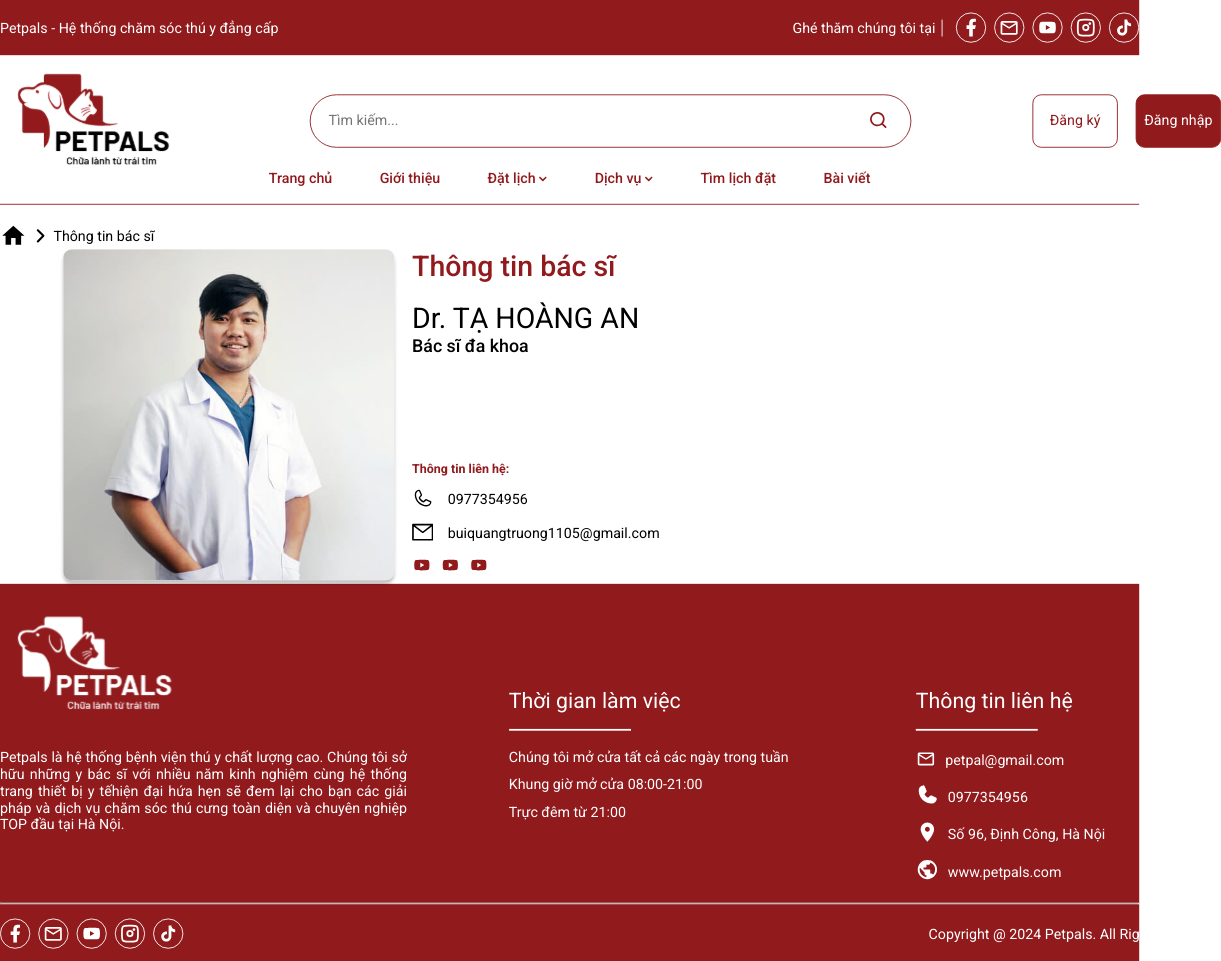
Repository: ahntrung1909/Petpals
Page: /chi-tiet-bac-si (app in petpals-user-main/)
These files come from the project's save history. The page is drawn as it stood at one moment and after the next save; the edit follows.
The browser window is 1280 px wide. The page is 1372 px wide, so the pictures cover 1372 px, including what lies to the right of the window. The pictures show the whole page, at 89% of full size.
The project was rebuilt for these pictures with package versions that can differ from the ones it lists, and the page was loaded fresh each time. The framework's server and built-in components were replaced by stand-ins that run in the browser. Also part of the build but not shown: petpals-user-main/next.config.js, petpals-user-main/next.config.mjs.

Above is the page before, as saved 2024-04-14 13:15:22.

### petpals-user-main/src/app/layout.js
import { Footer } from "@/components/Footer/Footer";
import "./global.scss";
import { Header } from "@/components/Header/Header";
import { ToastContainer } from "react-toastify";
import "react-toastify/dist/ReactToastify.css";
import { Button, ConfigProvider, Space } from "antd";

export const metadata = {
  title: "Petpals - Chữa lành từ trái tim",
  description: "Petpals",
};

export default function RootLayout({ children }) {
  return (
    <html lang="en">
      <body>
        <Header />
        <ToastContainer />
        <ConfigProvider
          theme={{
            token: {
              colorPrimary: "#911A1D",
              fontFamily: "Roboto",
            },
            components: {
              DatePicker: {
                inputFontSize: 16,
              },
              Menu: {
                itemBg: "transparent",
                subMenuItemBg: "transparent",
                activeBarBorderWidth: 0,
                itemSelectedBg: "rgba(145, 26, 29, 0.05)",
                itemBorderRadius: 0,
              },
            },
          }}
        >
          {children}
        </ConfigProvider>
        <Footer />
      </body>
    </html>
  );
}

### petpals-user-main/src/app/chi-tiet-bac-si/page.js
import React from "react";
import "./style.scss";

export default function page() {
  return (
    <main>
      <div className="breadcrumb">
        <img src="/icon/ic_baseline-home.svg" alt="" />
        <img src="/icon/iconamoon_arrow-right-2.svg" alt="" />
        <p>Thông tin bác sĩ</p>
      </div>
      <section className="doctor-information-section">
        <div className="information-wrapper">
          <div className="doctor-img">
            <img src="/img/doctor/hoang_an.jpg" alt="" />
          </div>
          <div className="col-right">
            <div className="information">
              <h3>Thông tin bác sĩ</h3>
              <p className="doctor-name">Dr. TẠ HOÀNG AN</p>
              <p className="doctor-position">Bác sĩ đa khoa</p>
            </div>
            <div className="contact-info">
              <h4>Thông tin liên hệ:</h4>
              <div className="contact-item">
                <img src="/icon/ph_phone.svg" alt="" />
                <p>0977354956</p>
              </div>
              <div className="contact-item">
                <img src="/icon/MailOutlined.svg" alt="" />
                <p>buiquangtruong1105@gmail.com</p>
              </div>
              <div className="social-media">
                <div className="social-media-icon">
                  <img src="/icon/mdi_youtube-brown.svg" alt="" />
                </div>
                <div className="social-media-icon">
                  <img src="/icon/mdi_youtube-brown.svg" alt="" />
                </div>
                <div className="social-media-icon">
                  <img src="/icon/mdi_youtube-brown.svg" alt="" />
                </div>
              </div>
            </div>
          </div>
        </div>
      </section>
    </main>
  );
}

### petpals-user-main/src/components/Footer/Footer.js
import { Socialicon } from "../Socialicon/Socialicon";
import "./style.scss";
export const Footer = () => {
  return (
    <footer>
      <div className="row row-1">
        <div className="logo">
          <img src="/img/logo_am_ban.svg" alt="" />
        </div>
        <div className="working-time">Thời gian làm việc</div>
        <div className=" contact-info">Thông tin liên hệ</div>
      </div>
      <div className="row">
        <div className="about">
          Petpals là hệ thống bệnh viện thú y chất lượng cao. Chúng tôi sở hữu
          những y bác sĩ với nhiều năm kinh nghiệm cùng hệ thống trang thiết bị
          y tếhiện đại hứa hẹn sẽ đem lại cho bạn các giải pháp và dịch vụ chăm
          sóc thú cưng toàn diện và chuyên nghiệp TOP đầu tại Hà Nội.
        </div>
        <ul className="working-time-more">
          <li>Chúng tôi mở cửa tất cả các ngày trong tuần</li>
          <li>Khung giờ mở cửa 08:00-21:00</li>
          <li>Trực đêm từ 21:00</li>
        </ul>
        <ul className="contact-info-more">
          <li className="contact-item">
            <span>
              <img src="/icon/material-symbols_mail-outline.svg" alt="" />
            </span>
            petpal@gmail.com
          </li>
          <li className="contact-item">
            <span>
              <img src="/icon/ph_phone-fill.svg" alt="" />
            </span>
            0977354956
          </li>
          <li className="contact-item">
            <span>
              <img src="/icon/mdi_location.svg" alt="" />
            </span>
            Số 96, Định Công, Hà Nội
          </li>
          <li className="contact-item">
            <span>
              <img src="/icon/mdi_earth.svg" alt="" />
            </span>
            www.petpals.com
          </li>
        </ul>
      </div>
      <hr />
      <div className="footer-bottom">
        <Socialicon />
        <div>Copyright @ 2024 Petpals. All Rights Reverved</div>
      </div>
    </footer>
  );
};

### petpals-user-main/src/app/global.scss
@import url("https://fonts.googleapis.com/css2?family=Roboto:ital,wght@0,100;0,300;0,400;0,500;0,700;0,900;1,100;1,300;1,400;1,500;1,700;1,900&display=swap");
@import "../style/variable";
* {
  padding: 0;
  margin: 0;
  box-sizing: border-box;
}
body {
  font-family: "Roboto", sans-serif;
  font-size: 16px;
}
a {
  text-decoration: none;
  color: black;
}
ul,
li {
  list-style: none;
}
input,
textarea {
  width: 100%;
  border: none;
  outline: none;
  font-family: "Roboto", sans-serif;
  font-size: 16px;
}
img {
  width: 100%;
}
button {
  font-family: "Roboto", sans-serif;
  font-size: 16px;
}
label {
  font-family: "Roboto", sans-serif;
  font-size: 16px;
}

// custom scroll bar
::-webkit-scrollbar-track {
  background-color: #f5f5f5;
}

::-webkit-scrollbar {
  width: 6px;
  height: 6px;
  background-color: #f5f5f5;
}

::-webkit-scrollbar-thumb {
  background-image: linear-gradient($BROWN_500, $RED_500);
  // border-radius: 10px;
}
::-webkit-scrollbar-thumb:horizontal {
  background-image: linear-gradient(to right, $BROWN_500, $RED_500);
  // border-radius: 10px;
}

### petpals-user-main/src/app/chi-tiet-bac-si/style.scss
@import "../../style/variable";
@import "../../style/base";

.doctor-information-section {
  width: 1138px;
  margin: 0 auto;
}
.information-wrapper {
  display: flex;
  gap: 20px;
  .doctor-img {
    img {
      width: 372px;
      height: 372px;
      border-radius: 10px;
      object-fit: cover;
      box-shadow: 0 4px 4px rgba(0, 0, 0, 0.25);
    }
  }
  .col-right {
    height: 372px;
    display: flex;
    flex-direction: column;
    justify-content: space-between;
    .information {
      h3 {
        color: $BROWN_500;
        font-size: 32px;
        font-weight: 500;
        margin-bottom: 20px;
      }
      .doctor-name {
        font-size: 32px;
        font-weight: 400;
      }
      .doctor-position {
        font-size: 20px;
        font-weight: 500;
      }
    }
    .contact-info {
      display: flex;
      flex-direction: column;
      gap: 14px;
      padding-bottom: 0;
      h4 {
        font-size: 14px;
        color: $BROWN_500;
      }
      .contact-item {
        img {
          width: 24px;
          height: 24px;
          margin-right: 6px;
        }
        p {
          font-size: 16px;
        }
      }
      .social-media {
        display: flex;
        gap: 10px;
        .social-media-icon {
          img {
            width: 22px;
            height: 22px;
          }
        }
      }
    }
  }
}

### petpals-user-main/src/components/Socialicon/Socialicon.js
import "./style.scss";
export const Socialicon = () => {
  return (
    <div className="list-social-icon">
      <div className="icon-item">
        <img src="/icon/ri_facebook-fill.svg" alt="icon-facebook" />
      </div>
      <div className="icon-item">
        <img src="/icon/material-symbols_mail-outline.svg" alt="icon-mail" />
      </div>
      <div className="icon-item">
        <img src="/icon/mdi_youtube.svg" alt="icon-youtube" />
      </div>
      <div className="icon-item">
        <img src="/icon/lets-icons_insta.svg" alt="icon-insta" />
      </div>
      <div className="icon-item">
        <img src="/icon/ic_baseline-tiktok.svg" alt="icon-tiktok" />
      </div>
    </div>
  );
};

### petpals-user-main/src/components/Footer/style.scss
@import "../../style/variable";
footer {
  display: block;
  width: 100vw;
  height: 424px;
  background-color: $BROWN_500;
  padding: 20px 0;
}
.row {
  width: 1372px;
  margin: 0 auto;
  display: grid;
  grid-template-columns: repeat(12, 1fr);
  row-gap: 20px;
  color: white;
  margin-bottom: 20px;
}
.row-1 {
  align-items: flex-end;
}
.logo {
  width: 214px;
  grid-column: 1/5;
}
.working-time {
  grid-column: 6/10;
  position: relative;
  font-size: 24px;
  padding-bottom: 20px;
  &::after {
    content: "";
    width: 137px;
    height: 2px;
    background-color: white;
    position: absolute;
    left: 0;
    bottom: 0;
  }
}
.contact-info {
  position: relative;
  grid-column: 10/13;
  font-size: 24px;
  padding-bottom: 20px;
  &::after {
    content: "";
    width: 137px;
    height: 2px;
    background-color: white;
    position: absolute;
    left: 0;
    bottom: 0;
  }
}
.about {
  grid-column: 1/5;
  text-align: justify;
}
.working-time-more {
  grid-column: 6/10;
  display: flex;
  flex-direction: column;
  gap: 12px;
}
.contact-info-more {
  grid-column: 10/13;
  display: flex;
  flex-direction: column;
  gap: 12px;
}
.contact-item {
  display: flex;
  gap: 10px;
  align-items: center;
}
.footer-bottom {
  width: 1372px;
  margin: 0 auto;
  margin-top: 16px;
  color: white;
  display: flex;
  align-items: center;
  justify-content: space-between;
}

### petpals-user-main/src/style/_variable.scss
$BROWN_50: rgb(244, 232, 232);
$BROWN_100: rgb(221, 184, 185);
$BROWN_200: rgb(204, 150, 151);
$BROWN_300: rgb(181, 102, 104);
$BROWN_400: rgb(167, 72, 74);
$BROWN_500: rgb(145, 26, 29);
$BROWN_600: rgb(132, 24, 26);
$BROWN_700: rgb(103, 18, 21);
$BROWN_800: rgb(80, 14, 16);
$BROWN_900: rgb(61, 11, 12);
$RED_50: rgb(255, 247, 247);
$RED_100: rgb(255, 230, 231);
$RED_200: rgb(255, 217, 219);
$RED_300: rgb(255, 200, 202);
$RED_400: rgb(255, 189, 192);
$RED_500: rgb(255, 173, 176);
$RED_600: rgb(232, 157, 160);
$RED_700: rgb(181, 123, 125);
$RED_800: rgb(140, 95, 97);
$RED_900: rgb(107, 73, 74);
$BROWN_DARK_50: rgb(236, 233, 233);
$BROWN_DARK_100: rgb(195, 186, 186);
$BROWN_DARK_200: rgb(165, 152, 152);
$BROWN_DARK_300: rgb(124, 105, 106);
$BROWN_DARK_400: rgb(99, 76, 77);
$BROWN_DARK_500: rgb(60, 31, 32);
$BROWN_DARK_600: rgb(55, 28, 29);
$BROWN_DARK_700: rgb(43, 22, 23);
$BROWN_DARK_800: rgb(33, 17, 18);
$BROWN_DARK_900: rgba(25, 13, 13, 0.2);

### petpals-user-main/src/components/Header/style.scss
@import "../../style/_variable";

header {
  height: 230px;
  border-bottom: 1px solid $BROWN_500;
}
div:has(.wrap):nth-child(1) {
  background-color: $BROWN_500;
  height: 62px;
  display: flex;
  align-items: center;
}
.wrap {
  width: 1372px;
  margin: 0 auto;
}
.top-header {
  display: flex;
  justify-content: space-between;
  align-items: center;
  color: white;
}
.social-connect {
  display: flex;
  align-items: center;
  gap: 15px;
}
.social-connect > p {
  padding: 0px 7px;
  border-right: 1px solid white;
}
div:has(.wrap):nth-child(2) {
  padding-top: 18px;
}
.main-header {
  display: flex;
  align-items: center;
  justify-content: space-between;
}
.petpals-logo {
  display: block;
  width: 211px;
  height: 111px;
}
.header-main-right {
  display: flex;
  width: 1024px;
  justify-content: space-between;
  align-items: center;
}
.search-input {
  display: flex;
  position: relative;

  input {
    width: 676px;
    height: 60px;
    padding: 0px 60px 0px 20px;
    border: 1px solid $BROWN_500;
    border-radius: 99px;
    display: flex;
    justify-content: center;
    align-items: center;
  }
  .icon-item {
    right: 20px;
    top: 50%;
    transform: translateY(-50%);
    position: absolute;
    cursor: pointer;
  }
}
.btn-group {
  display: flex;
  gap: 20px;
  text-align: center;
  .btn {
    display: flex;
    justify-content: center;
    align-items: center;
    width: 96px;
    height: 60px;
    border: 1px solid $BROWN_500;
    border-radius: 10px;
    color: $BROWN_500;
  }
  .btn:nth-child(1):hover {
    background-color: $BROWN_500;
    color: white;
  }
  .btn:nth-child(2) {
    color: white;
    background-color: $BROWN_500;
    &:hover {
      background-color: $BROWN_300;
    }
  }
}
.nav {
  display: flex;
  align-items: center;
  justify-content: space-between;
  width: 676px;
  margin: 0 auto;
  color: $BROWN_500;
  font-weight: 500;
  z-index: 99;

  &-item {
    display: flex;
    position: relative;
    align-items: center;
    cursor: pointer;
    padding-bottom: 8px;
    &.active > span,
    &.active > a {
      font-weight: 900;
    }
    &:hover .sub-nav:not(.nav-2) {
      display: flex;
    }
    span {
      display: flex;
      justify-content: center;
      align-items: center;
      color: $BROWN_500;
    }
    a {
      display: flex;
      justify-content: center;
      align-items: center;
      color: $BROWN_500;
      width: 100%;
      height: 100%;
    }
    &:hover > a {
      color: $RED_500;
    }
    &:hover > span {
      color: $RED_500;
    }
  }
}
.sub-nav {
  position: absolute;
  z-index: 99;
  top: 100%;
  left: 0;
  border-radius: 10px;
  box-shadow: 0 15px 15px 15px rgba(0, 0, 0, 0.05);
  box-shadow: 0 15px 15px rgba(0, 0, 0, 0.1);
  border: 0.5px solid rgba(0, 0, 0, 0.15);
  background-color: white;
  padding: 8px;
  display: none;
  flex-direction: column;
  gap: 8px;
  &.nav-2 {
    position: absolute;
    top: 0;
    left: 100%;
    transform: translate(8px, -8px);
    display: none;
  }
  &-item {
    position: relative;
    display: flex;
    align-items: center;
    justify-content: space-between;
    &::after {
      content: "";
      width: 8px;
      height: 100%;
      position: absolute;
      top: 0;
      right: -8px;
    }
    &:hover {
      background-color: rgba(0, 0, 0, 0.05);
    }
    &:hover .sub-nav.nav-2 {
      display: flex;
    }
    a {
      width: 100%;
      height: 100%;
      display: flex;
      justify-content: left;
      padding: 12px 16px;
    }
    span {
      padding: 12px 16px;
    }
    &-active > span,
    &-active > a {
      font-weight: 600;
    }
  }
}
.user-login-controller {
  display: flex;
  align-items: center;
  gap: 8px;
  cursor: pointer;
  position: relative;

  &:hover .sub-nav {
    display: flex;
    left: inherit;
    right: 0;
  }
  .user-img {
    width: 56px;
    height: 56px;
    img {
      border-radius: 50%;
    }
  }
}
.icon-bell {
  width: 30px;
  height: 30px;
  position: relative;
  .number-bell {
    position: absolute;
    top: 0;
    right: 0;
    transform: translate(36%, -30%);
    width: 20px;
    height: 20px;
    font-size: 12px;
    font-weight: 500;
    color: white;
    display: flex;
    justify-content: center;
    align-items: center;
    background-color: $RED_500;
    border-radius: 50%;
  }
  .menu-bell {
    display: none;
    position: absolute;
    right: 0;
    bottom: -20px;
    transform: translateY(100%);
    background-color: white;
    width: 554px;
    height: 468px;
    padding: 20px;
    border-radius: 10px;
    z-index: 99;
    box-shadow: 0 0 8px 4px rgba(0, 0, 0, 0.2);
    &.menu-bell-active {
      display: block;
    }
    ::after {
      content: "";
      width: 20px;
      height: 20px;
      background-color: white;
      position: absolute;
      right: 14px;
      top: 0;
      transform: translate(0, -50%);
      rotate: 45deg;
    }
    h3 {
      text-transform: uppercase;
      color: $BROWN_500;
      font-size: 22px;
      margin-bottom: 10px;
    }
    .menu-item {
      display: flex;
      flex-direction: column;
      gap: 10px;
      padding: 8px 0;
      border-bottom: 1px solid rgba(0, 0, 0, 0.25);
      &:hover {
        background-color: $BROWN_50;
      }
      .content {
        font-size: 20px;
      }
      .time {
        font-size: 12px;
      }
      span {
        text-align: left;
        padding: 0 8px;
      }
    }
    .container {
      height: 400px;
      overflow: scroll;
    }
  }
  .overlay {
    display: none;
    position: fixed;
    width: 100vw;
    height: 100vh;
    inset: 0;
    z-index: 20;
    background-color: rgba(0, 0, 0, 0.25);
    cursor: pointer;
    &.overlay-active {
      display: block;
    }
  }
}

### petpals-user-main/src/style/_base.scss
.section-heading {
  width: fit-content;
  margin: 60px auto;
  color: $BROWN_500;
  position: relative;
  font-size: 24px;
  font-weight: 800;
  text-transform: uppercase;
  &::after {
    content: "";
    width: 80%;
    height: 3px;
    position: absolute;
    bottom: -16px;
    left: 50%;
    transform: translateX(-50%);
    background-color: $BROWN_500;
  }
}
.breadcrumb {
  width: 1372px;
  margin: 0 auto;
  display: flex;
  align-items: center;
  padding-top: 20px;
  img {
    width: 30px;
    height: 30px;
  }
}

### petpals-user-main/src/components/Socialicon/style.scss
.list-social-icon {
  display: flex;
  gap: 9px;
}
.icon-item {
  width: 34px;
  height: 34px;
  border: 1px solid white;
  padding: 4px;
  border-radius: 99px;
  display: flex;
  justify-content: center;
  align-items: center;
}

Loaded but not shown: petpals-user-main/src/components/Header/Header.js (334 lines, source omitted)

After the next save:
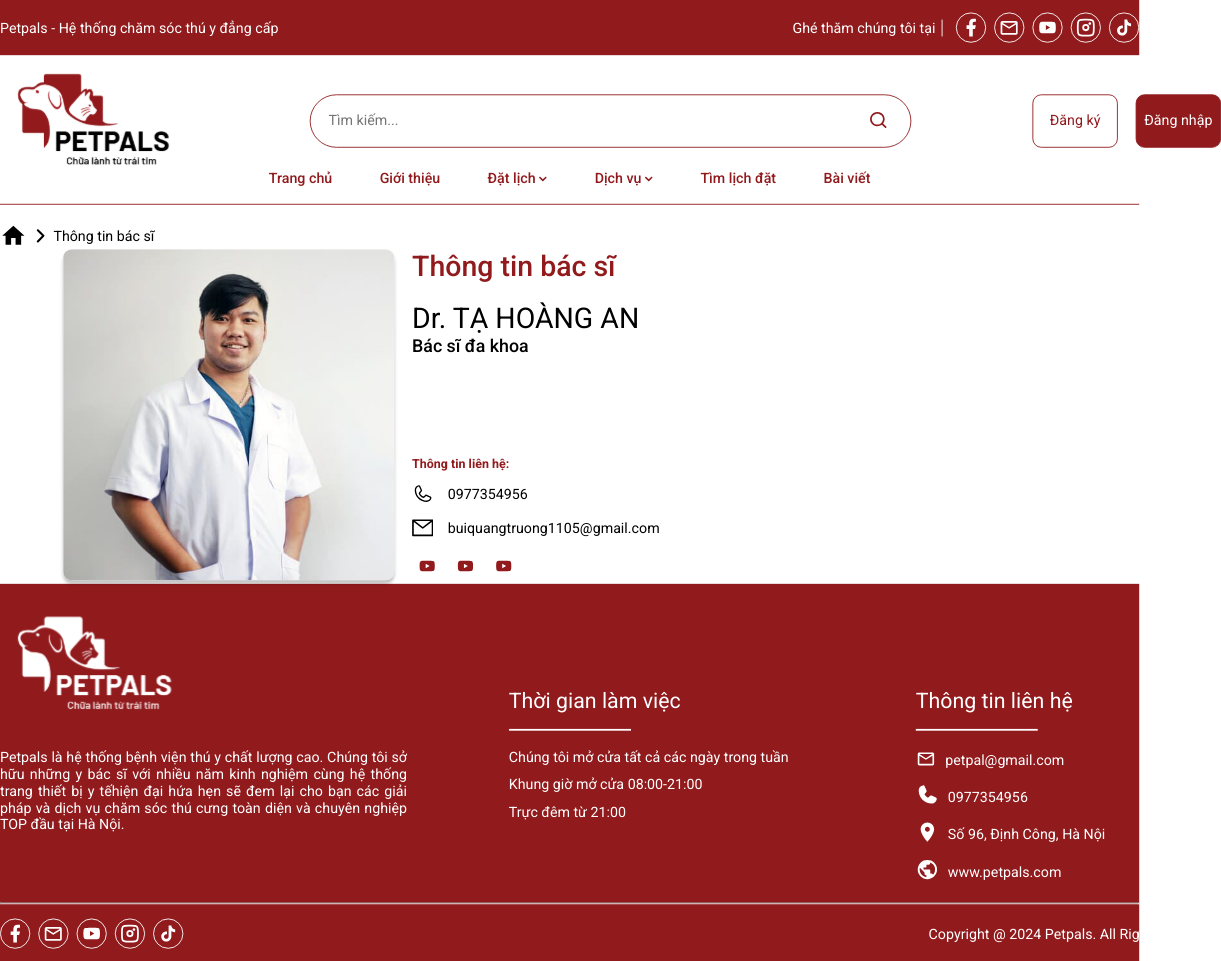
Saved 21 s later.
--- a/petpals-user-main/src/app/chi-tiet-bac-si/style.scss
+++ b/petpals-user-main/src/app/chi-tiet-bac-si/style.scss
@@ -61,6 +61,11 @@
         display: flex;
         gap: 10px;
         .social-media-icon {
+          width: 33px;
+          height: 33px;
+          display: flex;
+          justify-content: center;
+          align-items: center;
           img {
             width: 22px;
             height: 22px;
